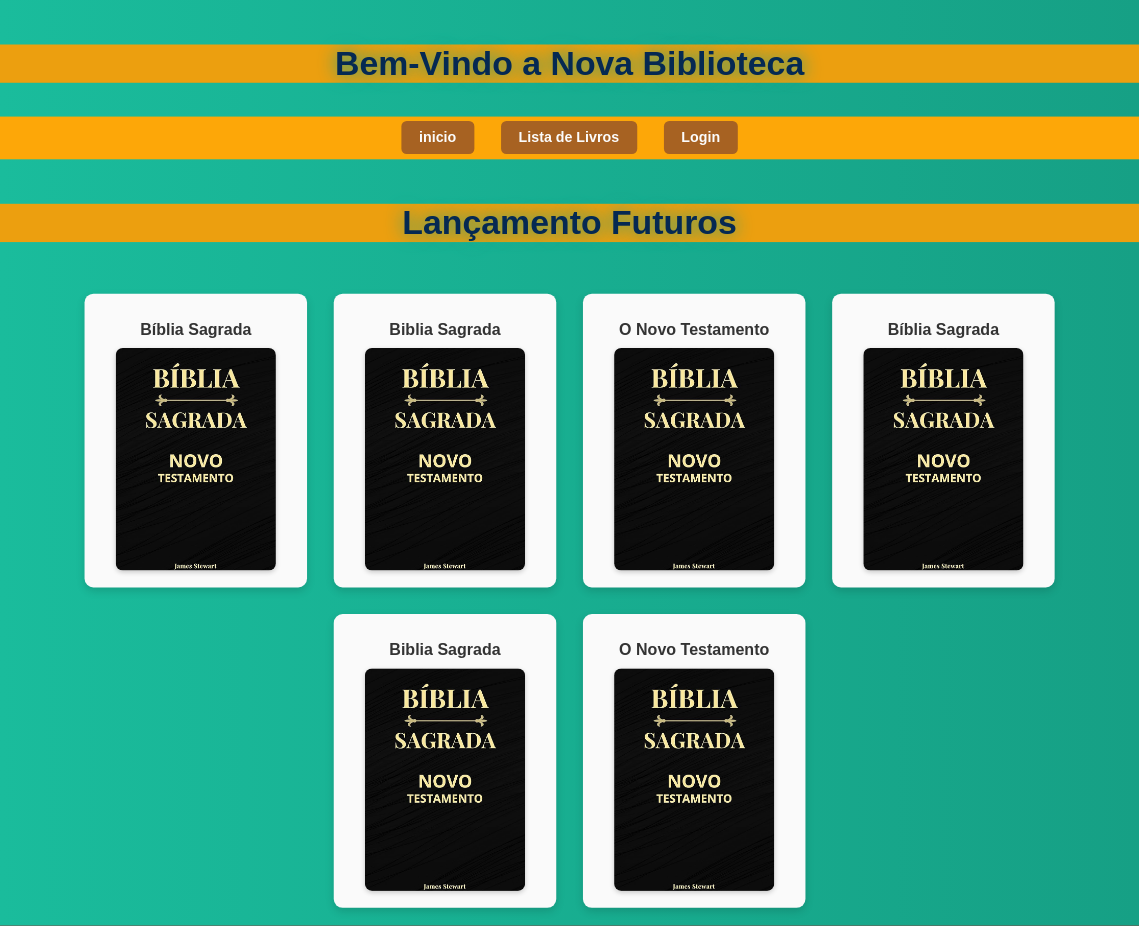
Repository: cleytonds/Biblioteca
Page: templates/Biblioteca_usuario.HTML
The author's editor kept a copy of each file at every save. The page is drawn from the files as they stood at one save, then again after the next save.
The browser window is 1280 px wide. The pictures show the whole page, at 89% of full size.

Above is the page before, as saved 2025-11-17 11:43:05.

After the next save:
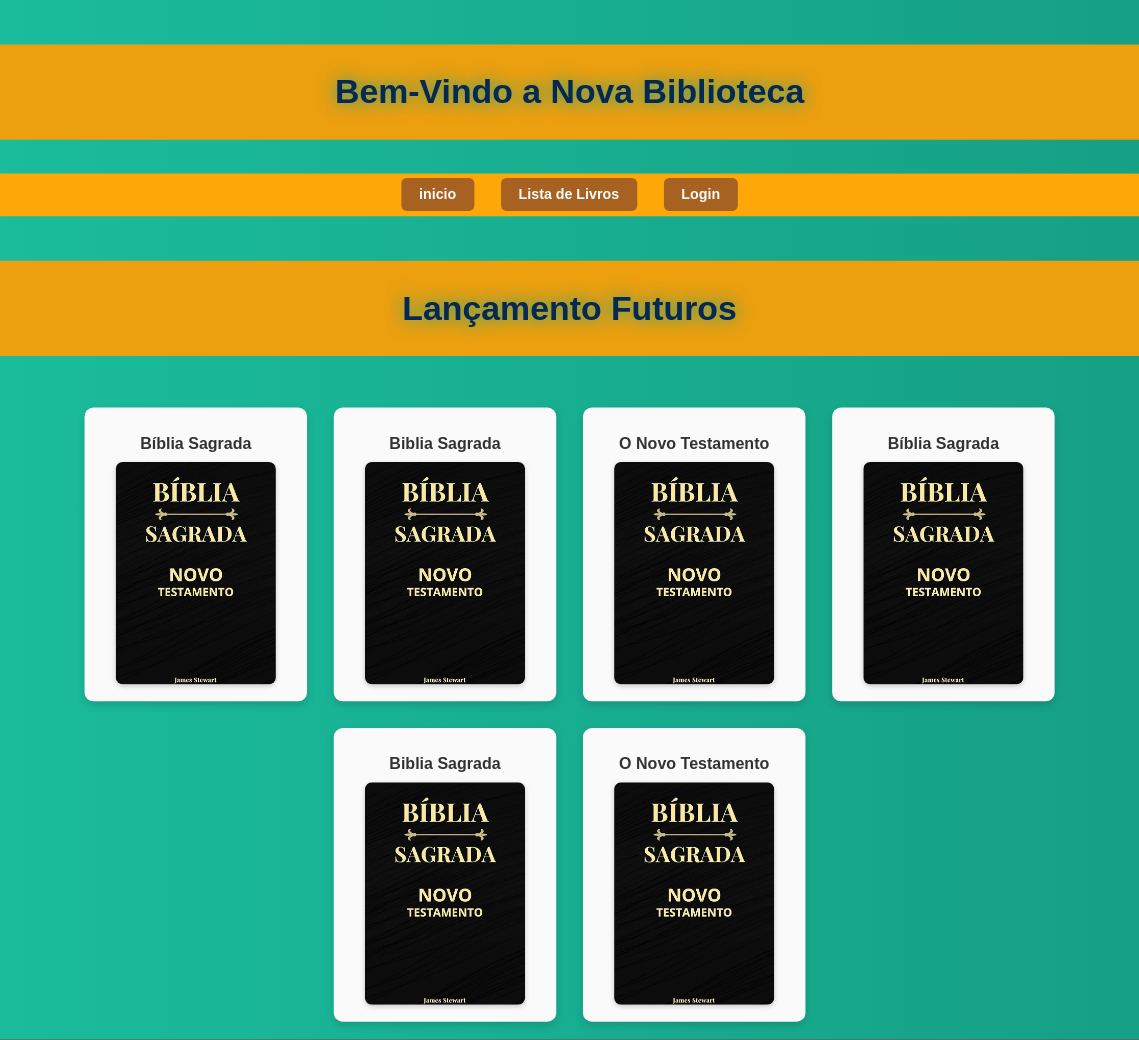
Saved 2 min 56 s later.
--- a/Static/indexStyle.css
+++ b/Static/indexStyle.css
@@ -19,7 +19,7 @@ h1{
 
 /*cores do menu da pagina*/
 h1{
-    padding: rem;
+    padding: 2rem;
     background-color: rgb(236, 159, 15);
     text-align: center;
 }
@@ -37,7 +37,6 @@ h1{
 /*estilo do fundo da pag*/
 body{
     background: linear-gradient(to right, #1abc9c, #16a085);/*cor fundo da pagina*/
-    margin: 0;
 
 }
 /*cores do menu da pagina*/
@@ -55,7 +54,6 @@ body {
     margin: 0;
     font-family: Arial, sans-serif;
     background-color: #fdfdfd;
-    padding: 0;
 
 }
 
